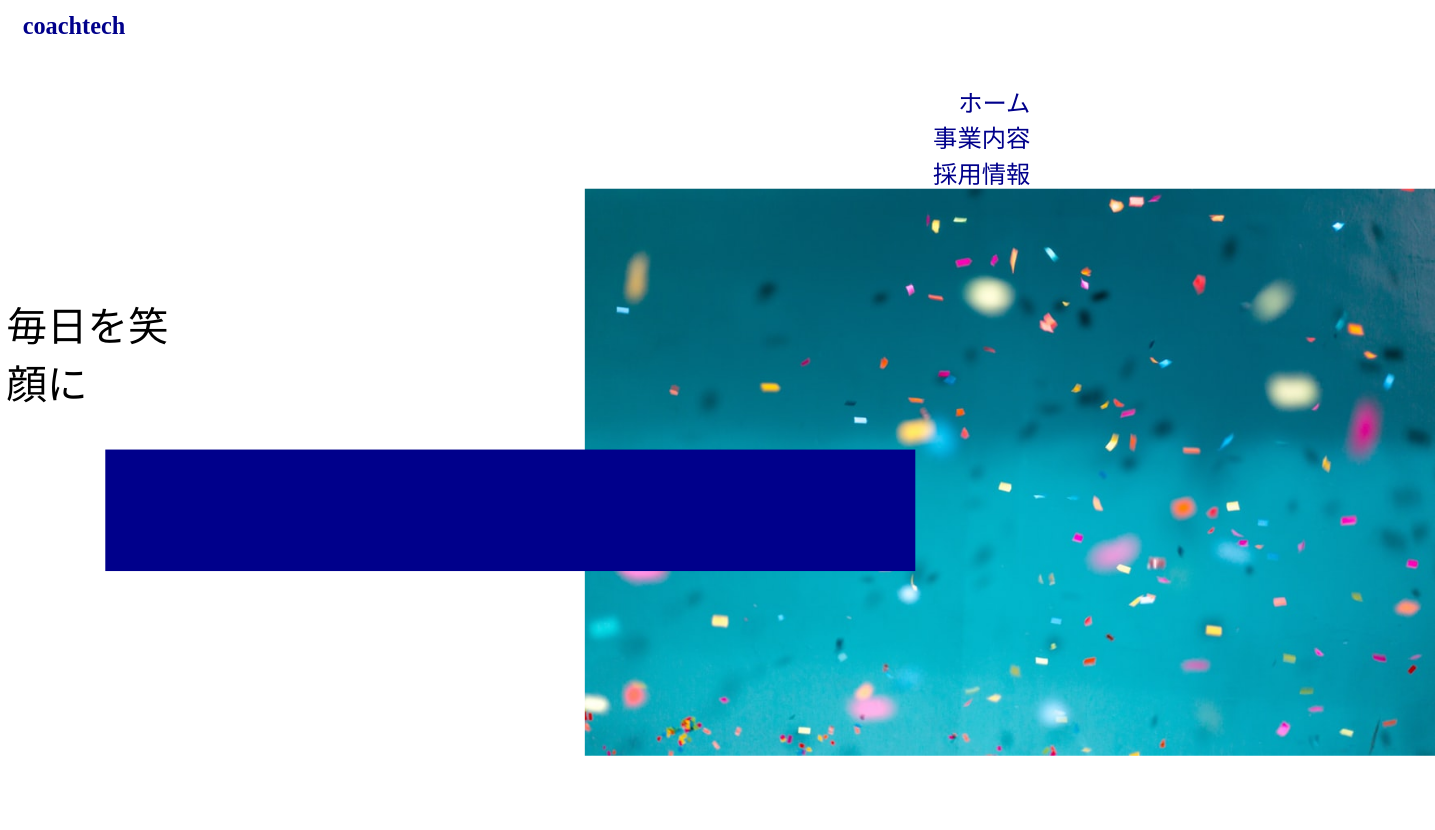
Repository: moro-ayu3/20230213_morohoshi
Page: index.html
The author's editor kept a copy of each file at every save. The page is drawn from the files as they stood at one save, then again after the next save.
The browser window is 1280 px wide. The page is 1772 px wide, so the pictures cover 1772 px, including what lies to the right of the window. The pictures show the whole page, at 81% of full size.

Above is the page before, as saved 2023-02-13 15:41:30.

### index.html
<!DOCTYPE html>
<html lang="ja">

  <head>
    <meta charset="UTF-8" />
    <meta name="viewport" content="width=device-width, initial-scale=1.0" />
    <title>css演習問題</title>
    <link rel="stylesheet" href="./style.css">
  </head>

  <body>
   <header>
    <h1>coachtech</h1>
    <ul><li>ホーム</li><li>事業内容</li><li>採用情報</li><li>お問い合わせ</li>
   </ul>
   </header>
   <main>
    <div class="flex">
     <p>毎日を笑顔に</p>
     <div class="relative img">
      <img src="img/firstview.jpeg" alt="firstview">
     </div>
     <div class="absolute blue-box"></div>
    </div>
   </main>
  </body>

</html>

### style.css
h1 {
  color: #00008b;
  font-size: 30px;
  margin-top: 15px;
  margin-left: 20px;
}

ul {
  color: #00008b;
  font-size: 30px;
  margin-top: 15px;
  margin-right: 20px;
  text-align: right;
  display: inline;
}

.flex {
  display: flex;
  flex-direction: row;
}

p {
  color: black;
  font-size: 50px;
}

.relative {
  position: relative;
  bottom: 80px;
  left: 500px;
}

.img {
  width: 100%
  position: right;
}

.absolute {
  position: absolute;
  bottom: 15px;
  right: 150px;
}

.blue-box {
  width: 1000px;
  height: 150px;
  background-color: #00008b;
}

After the next save:
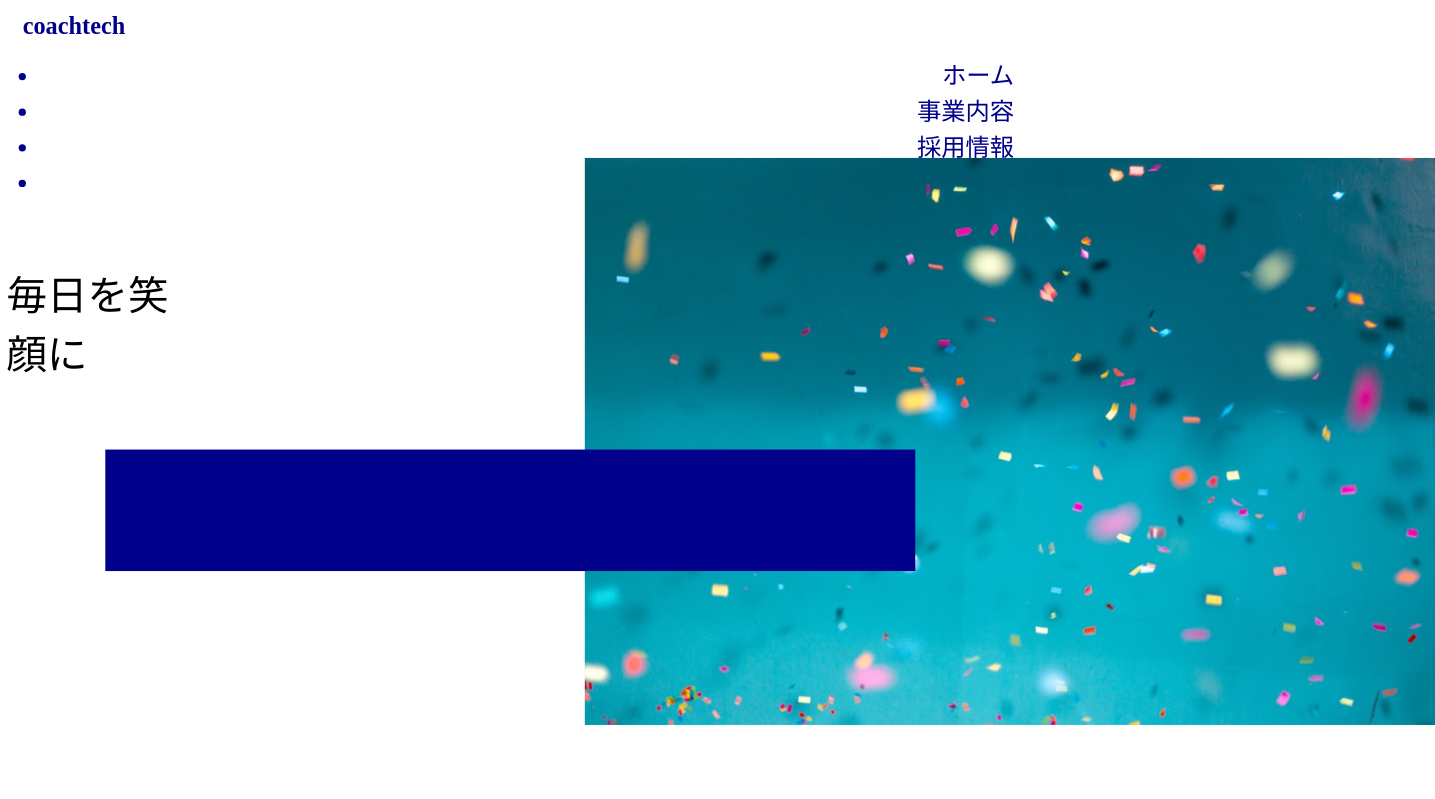
Saved 2 min 14 s later.
--- a/style.css
+++ b/style.css
@@ -11,7 +11,7 @@ ul {
   margin-top: 15px;
   margin-right: 20px;
   text-align: right;
-  display: inline;
+  ;
 }
 
 .flex {
